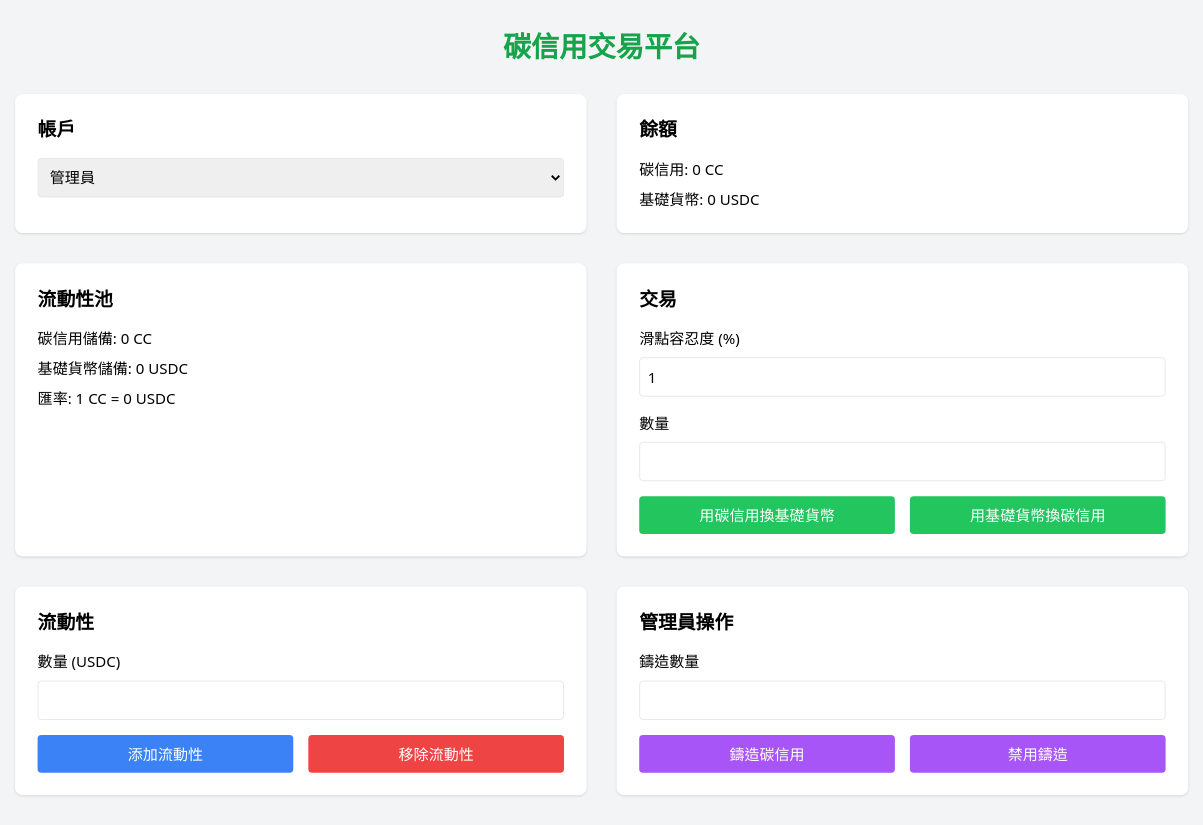
Repository: Zoe-King-dev/DexCarbonTrade
Page: src/main/resources/static/index.html
An editor plug-in stored every save of this project. The page is shown before and after the next save, followed by the edit.
The browser window is 1280 px wide. The pictures show the whole page, at 94% of full size.
Some web libraries are served in a nearby version.

Above is the page before, as saved 2025-04-15 23:08:39.
Console error (its wording comes from the project's code and is left out).
Not found: api/exchange/liquidity
Not found: api/token/balance

### src/main/resources/static/index.html
<!DOCTYPE html>
<html lang="zh-TW">
<head>
    <meta charset="UTF-8">
    <meta name="viewport" content="width=device-width, initial-scale=1.0">
    <title>碳信用交易平台</title>
    <script src="https://cdn.tailwindcss.com"></script>
</head>
<body class="bg-gray-100">
    <div class="container mx-auto px-4 py-8">
        <header class="mb-8">
            <h1 class="text-3xl font-bold text-center text-green-600">碳信用交易平台</h1>
        </header>

        <div class="grid grid-cols-1 md:grid-cols-2 gap-8">
            <!-- 帳戶選擇 -->
            <div class="bg-white p-6 rounded-lg shadow">
                <h2 class="text-xl font-semibold mb-4">帳戶</h2>
                <select id="account" class="w-full p-2 border rounded">
                    <option value="admin">管理員</option>
                    <option value="user1">用戶1</option>
                    <option value="user2">用戶2</option>
                </select>
            </div>

            <!-- 餘額顯示 -->
            <div class="bg-white p-6 rounded-lg shadow">
                <h2 class="text-xl font-semibold mb-4">餘額</h2>
                <div class="space-y-2">
                    <p>碳信用: <span id="carbon-balance">0</span> CC</p>
                    <p>基礎貨幣: <span id="base-balance">0</span> USDC</p>
                </div>
            </div>

            <!-- 流動性池 -->
            <div class="bg-white p-6 rounded-lg shadow">
                <h2 class="text-xl font-semibold mb-4">流動性池</h2>
                <div class="space-y-2">
                    <p>碳信用儲備: <span id="carbon-reserves">0</span> CC</p>
                    <p>基礎貨幣儲備: <span id="base-reserves">0</span> USDC</p>
                    <p>匯率: 1 CC = <span id="exchange-rate">0</span> USDC</p>
                </div>
            </div>

            <!-- 交易操作 -->
            <div class="bg-white p-6 rounded-lg shadow">
                <h2 class="text-xl font-semibold mb-4">交易</h2>
                <div class="space-y-4">
                    <div>
                        <label class="block mb-2">滑點容忍度 (%)</label>
                        <input type="number" id="slippage" value="1" min="0" max="10" class="w-full p-2 border rounded">
                    </div>
                    <div>
                        <label class="block mb-2">數量</label>
                        <input type="number" id="amount" class="w-full p-2 border rounded">
                    </div>
                    <div class="grid grid-cols-2 gap-4">
                        <button id="swap-carbon-for-base" class="bg-green-500 text-white p-2 rounded hover:bg-green-600">
                            用碳信用換基礎貨幣
                        </button>
                        <button id="swap-base-for-carbon" class="bg-green-500 text-white p-2 rounded hover:bg-green-600">
                            用基礎貨幣換碳信用
                        </button>
                    </div>
                </div>
            </div>

            <!-- 流動性操作 -->
            <div class="bg-white p-6 rounded-lg shadow">
                <h2 class="text-xl font-semibold mb-4">流動性</h2>
                <div class="space-y-4">
                    <div>
                        <label class="block mb-2">數量 (USDC)</label>
                        <input type="number" id="liquidity-amount" class="w-full p-2 border rounded">
                    </div>
                    <div class="grid grid-cols-2 gap-4">
                        <button id="add-liquidity" class="bg-blue-500 text-white p-2 rounded hover:bg-blue-600">
                            添加流動性
                        </button>
                        <button id="remove-liquidity" class="bg-red-500 text-white p-2 rounded hover:bg-red-600">
                            移除流動性
                        </button>
                    </div>
                </div>
            </div>

            <!-- 管理員操作 -->
            <div class="bg-white p-6 rounded-lg shadow">
                <h2 class="text-xl font-semibold mb-4">管理員操作</h2>
                <div class="space-y-4">
                    <div>
                        <label class="block mb-2">鑄造數量</label>
                        <input type="number" id="mint-amount" class="w-full p-2 border rounded">
                    </div>
                    <div class="grid grid-cols-2 gap-4">
                        <button id="mint" class="bg-purple-500 text-white p-2 rounded hover:bg-purple-600">
                            鑄造碳信用
                        </button>
                        <button id="disable-minting" class="bg-purple-500 text-white p-2 rounded hover:bg-purple-600">
                            禁用鑄造
                        </button>
                    </div>
                </div>
            </div>
        </div>
    </div>

    <script>
        // 更新餘額
        async function updateBalances() {
            const account = document.getElementById('account').value;
            const carbonBalance = await fetch(`/api/token/balance?address=${account}`).then(r => r.json());
            document.getElementById('carbon-balance').textContent = carbonBalance;
            // 基礎貨幣餘額需要從其他地方獲取
        }

        // 更新流動性池信息
        async function updatePoolInfo() {
            const reserves = await fetch('/api/exchange/liquidity?address=pool').then(r => r.json());
            document.getElementById('carbon-reserves').textContent = reserves.carbon;
            document.getElementById('base-reserves').textContent = reserves.base;
            const rate = await fetch('/api/exchange/exchange-rate').then(r => r.json());
            document.getElementById('exchange-rate').textContent = rate;
        }

        // 交易操作
        document.getElementById('swap-carbon-for-base').addEventListener('click', async () => {
            const account = document.getElementById('account').value;
            const amount = document.getElementById('amount').value;
            const slippage = document.getElementById('slippage').value;
            await fetch(`/api/exchange/swap-carbon-for-base?trader=${account}&amountCarbonCredits=${amount}&maxExchangeRate=${slippage}`, {
                method: 'POST'
            });
            updateBalances();
            updatePoolInfo();
        });

        document.getElementById('swap-base-for-carbon').addEventListener('click', async () => {
            const account = document.getElementById('account').value;
            const amount = document.getElementById('amount').value;
            const slippage = document.getElementById('slippage').value;
            await fetch(`/api/exchange/swap-base-for-carbon?trader=${account}&amountBaseCurrency=${amount}&maxExchangeRate=${slippage}`, {
                method: 'POST'
            });
            updateBalances();
            updatePoolInfo();
        });

        // 流動性操作
        document.getElementById('add-liquidity').addEventListener('click', async () => {
            const account = document.getElementById('account').value;
            const amount = document.getElementById('liquidity-amount').value;
            const slippage = document.getElementById('slippage').value;
            await fetch(`/api/exchange/add-liquidity?provider=${account}&amountBaseCurrency=${amount}&minExchangeRate=${slippage}&maxExchangeRate=${slippage}`, {
                method: 'POST'
            });
            updateBalances();
            updatePoolInfo();
        });

        document.getElementById('remove-liquidity').addEventListener('click', async () => {
            const account = document.getElementById('account').value;
            const amount = document.getElementById('liquidity-amount').value;
            const slippage = document.getElementById('slippage').value;
            await fetch(`/api/exchange/remove-liquidity?provider=${account}&amountBaseCurrency=${amount}&minExchangeRate=${slippage}&maxExchangeRate=${slippage}`, {
                method: 'POST'
            });
            updateBalances();
            updatePoolInfo();
        });

        // 管理員操作
        document.getElementById('mint').addEventListener('click', async () => {
            const account = document.getElementById('account').value;
            const amount = document.getElementById('mint-amount').value;
            await fetch(`/api/token/mint?adminAddress=${account}&to=${account}&amount=${amount}`, {
                method: 'POST'
            });
            updateBalances();
        });

        document.getElementById('disable-minting').addEventListener('click', async () => {
            const account = document.getElementById('account').value;
            await fetch(`/api/token/disable-minting?adminAddress=${account}`, {
                method: 'POST'
            });
        });

        // 初始化
        document.addEventListener('DOMContentLoaded', () => {
            updateBalances();
            updatePoolInfo();
        });
    </script>
</body>
</html>

After the next save:
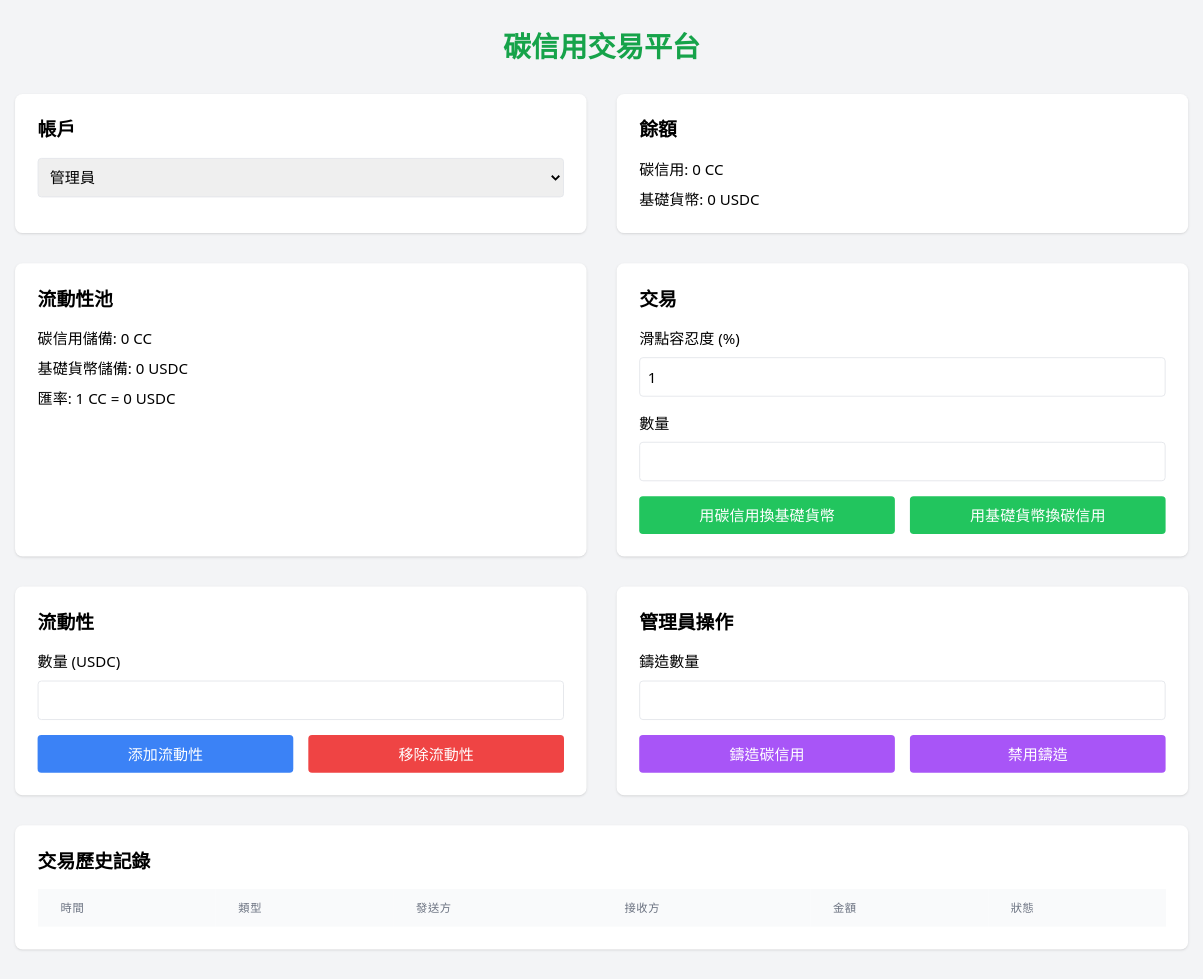
Not found: api/transactions/admin
Saved 4 min 12 s later.
--- a/src/main/resources/static/index.html
+++ b/src/main/resources/static/index.html
@@ -102,6 +102,28 @@
                     </div>
                 </div>
             </div>
+
+            <!-- 交易歷史記錄 -->
+            <div class="bg-white p-6 rounded-lg shadow col-span-2">
+                <h2 class="text-xl font-semibold mb-4">交易歷史記錄</h2>
+                <div class="overflow-x-auto">
+                    <table class="min-w-full divide-y divide-gray-200">
+                        <thead class="bg-gray-50">
+                            <tr>
+                                <th class="px-6 py-3 text-left text-xs font-medium text-gray-500 uppercase tracking-wider">時間</th>
+                                <th class="px-6 py-3 text-left text-xs font-medium text-gray-500 uppercase tracking-wider">類型</th>
+                                <th class="px-6 py-3 text-left text-xs font-medium text-gray-500 uppercase tracking-wider">發送方</th>
+                                <th class="px-6 py-3 text-left text-xs font-medium text-gray-500 uppercase tracking-wider">接收方</th>
+                                <th class="px-6 py-3 text-left text-xs font-medium text-gray-500 uppercase tracking-wider">金額</th>
+                                <th class="px-6 py-3 text-left text-xs font-medium text-gray-500 uppercase tracking-wider">狀態</th>
+                            </tr>
+                        </thead>
+                        <tbody id="transaction-history" class="bg-white divide-y divide-gray-200">
+                            <!-- 交易記錄將在這裡動態添加 -->
+                        </tbody>
+                    </table>
+                </div>
+            </div>
         </div>
     </div>
 
@@ -111,7 +133,10 @@
             const account = document.getElementById('account').value;
             const carbonBalance = await fetch(`/api/token/balance?address=${account}`).then(r => r.json());
             document.getElementById('carbon-balance').textContent = carbonBalance;
-            // 基礎貨幣餘額需要從其他地方獲取
+
+            // 獲取基礎貨幣餘額
+            const baseBalance = await fetch(`/api/exchange/base-balance?address=${account}`).then(r => r.json());
+            document.getElementById('base-balance').textContent = baseBalance;
         }
 
         // 更新流動性池信息
@@ -123,6 +148,29 @@
             document.getElementById('exchange-rate').textContent = rate;
         }
 
+        // 更新交易歷史記錄
+        async function updateTransactionHistory() {
+            const account = document.getElementById('account').value;
+            const transactions = await fetch(`/api/transactions/${account}`).then(r => r.json());
+            const tbody = document.getElementById('transaction-history');
+            tbody.innerHTML = '';
+
+            transactions.forEach(transaction => {
+                const row = document.createElement('tr');
+                row.innerHTML = `
+                    <td class="px-6 py-4 whitespace-nowrap text-sm text-gray-500">${new Date(transaction.timestamp).toLocaleString()}</td>
+                    <td class="px-6 py-4 whitespace-nowrap text-sm text-gray-500">${transaction.type}</td>
+                    <td class="px-6 py-4 whitespace-nowrap text-sm text-gray-500">${transaction.fromAddress}</td>
+                    <td class="px-6 py-4 whitespace-nowrap text-sm text-gray-500">${transaction.toAddress}</td>
+                    <td class="px-6 py-4 whitespace-nowrap text-sm text-gray-500">
+                        ${transaction.amount} ${transaction.type === 'SWAP' ? `+ ${transaction.amount2}` : ''}
+                    </td>
+                    <td class="px-6 py-4 whitespace-nowrap text-sm text-gray-500">${transaction.status}</td>
+                `;
+                tbody.appendChild(row);
+            });
+        }
+
         // 交易操作
         document.getElementById('swap-carbon-for-base').addEventListener('click', async () => {
             const account = document.getElementById('account').value;
@@ -133,6 +181,7 @@
             });
             updateBalances();
             updatePoolInfo();
+            updateTransactionHistory();
         });
 
         document.getElementById('swap-base-for-carbon').addEventListener('click', async () => {
@@ -144,6 +193,7 @@
             });
             updateBalances();
             updatePoolInfo();
+            updateTransactionHistory();
         });
 
         // 流動性操作
@@ -156,6 +206,7 @@
             });
             updateBalances();
             updatePoolInfo();
+            updateTransactionHistory();
         });
 
         document.getElementById('remove-liquidity').addEventListener('click', async () => {
@@ -167,6 +218,7 @@
             });
             updateBalances();
             updatePoolInfo();
+            updateTransactionHistory();
         });
 
         // 管理員操作
@@ -177,6 +229,7 @@
                 method: 'POST'
             });
             updateBalances();
+            updateTransactionHistory();
         });
 
         document.getElementById('disable-minting').addEventListener('click', async () => {
@@ -184,12 +237,19 @@
             await fetch(`/api/token/disable-minting?adminAddress=${account}`, {
                 method: 'POST'
             });
+        });
+
+        // 帳戶切換時更新所有信息
+        document.getElementById('account').addEventListener('change', () => {
+            updateBalances();
+            updateTransactionHistory();
         });
 
         // 初始化
         document.addEventListener('DOMContentLoaded', () => {
             updateBalances();
             updatePoolInfo();
+            updateTransactionHistory();
         });
     </script>
 </body>
